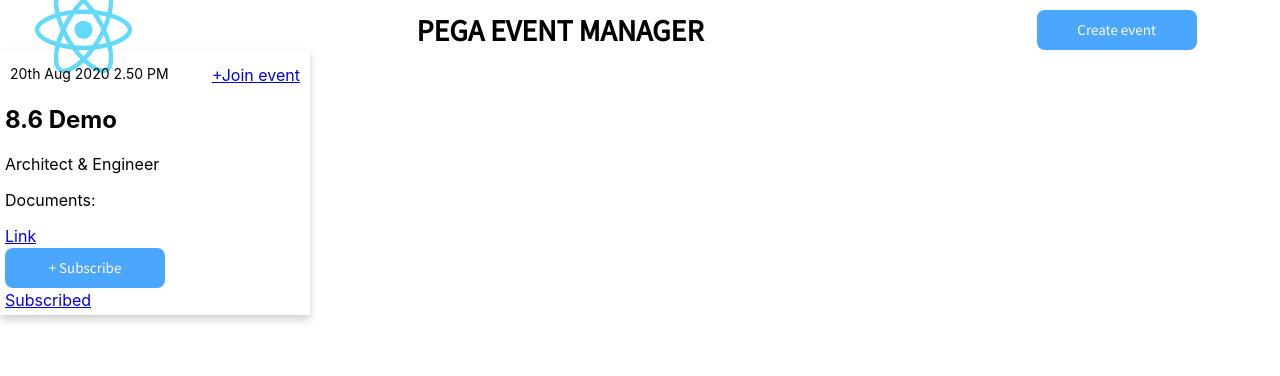
Repository: SasiVeeramachaneni/eventmanager
Page: /
The author's editor kept a copy of each file at every save. The page is drawn from the files as they stood at one save, then again after the next save.
The browser window is 1280 px wide. The pictures show the whole page.
The project was rebuilt for these pictures with package versions that can differ from the ones it lists, and the page was loaded fresh each time.

Above is the page before, as saved 2020-08-19 14:59:56.

### src/index.js
import React from 'react';
import ReactDOM from 'react-dom';
import './index.css';
import App from './App';
import * as serviceWorker from './serviceWorker';
import './fonts/SourceSansPro-Regular.ttf'

ReactDOM.render(
  <React.StrictMode>
    <App />
  </React.StrictMode>,
  document.getElementById('root')
);

// If you want your app to work offline and load faster, you can change
// unregister() to register() below. Note this comes with some pitfalls.
// Learn more about service workers: https://bit.ly/CRA-PWA
serviceWorker.unregister();

### src/App.js
import React from 'react';
import './App.css';
import logo from './logo.svg';
import Card from './Card';


function App() {
  return (
    <div className="App">
      <div className="header">
        <div className="logo"><img src={logo} alt=""/></div>
        <div className="heading">PEGA EVENT MANAGER</div>
        <div className="logo"><button type="button" className="createbutton">Create event</button></div>
      </div>
      <div className="body">
        <Card />

      </div>

    </div>
  );
}

export default App;

### src/App.css
.App {
  height: 100vh;
  width: 100%;
  display: grid;
  grid-template-rows: 50px 1fr;
}

@font-face {
  font-family: 'SourceSansPro';
  src: local('SourceSansPro'), url(./fonts/SourceSansPro-Regular.ttf) format('truetype');
}


.container {
  padding: 2px 16px;
}

.header {
  display: flex;
  align-items: stretch;
  justify-content: space-evenly;
  padding-top: 10px;
}

.logo {
  flex-grow: 1;
  display: flex;
  align-items: center;
  justify-content: center;
}

.heading {
  flex-grow: 3;
  display: flex;
  align-items: center;
  justify-content: center;
  font-size: 30px;
  font-weight: bold;
  font-family: SourceSansPro;

}

.createbutton {
  width: 10rem;
  color: #FFF;
  background: #4BA7FE;
  border-radius: 8px;
  font-size: 15px;
  line-height: 24px;
  height: 2.5rem;
  position: relative;
  align-items: center;
  box-sizing: border-box;
  transition: all 0.4s ease-in-out;
  border: none;
  font-family: SourceSansPro;


}

.body {
}

### src/Card.js
import React from 'react';
import './Card.css';

function Card() {
    return (
    <div className="card">
        <div className="topline">
          <div className="time">20th Aug 2020 2.50 PM</div>
          <a href="url">+Join event</a>
        </div>
        <h2><b>8.6 Demo</b></h2>
        <p>Architect & Engineer</p>
        <div>
            <p>Documents:</p>
            <a href="url">Link</a>
        </div>
        <button className="subscribe">+   Subscribe</button><br />
        <a href="url">Subscribed</a>
    </div>
    );
}

export default Card;

### src/Card.css
.card {
    box-shadow: 0 4px 8px 0 rgba(0,0,0,0.2);
    transition: 0.3s;
    width: 300px;
    padding: 5px;
    align-items: center;
    justify-content: center;
    display: inline-flexbox;

  }

  .card:hover {
    box-shadow: 0 8px 16px 0 rgba(0,0,0,0.2);
  }

  .topline {
    display: flex;
    align-items: stretch;
    justify-content: space-evenly;
    padding-top: 10px;
    padding-left:5px;
    padding-right: 5px;
  }

  .time {
      display: flex;
      flex-grow: 1;
      font-size: 14px;
  }

  .subscribe {
    width: 10rem;
    color: #FFF;
    background: #4BA7FE;
    border-radius: 8px;
    font-size: 15px;
    line-height: 24px;
    height: 2.5rem;
    position: relative;
    align-items: center;
    box-sizing: border-box;
    transition: all 0.4s ease-in-out;
    border: none;
    font-family: SourceSansPro;
    margin-top: 2px;
    margin-bottom: 2px;

  }

Loaded but not shown: public/index.html (common file); src/index.css (common file); src/serviceWorker.js (common file)

After the next save:
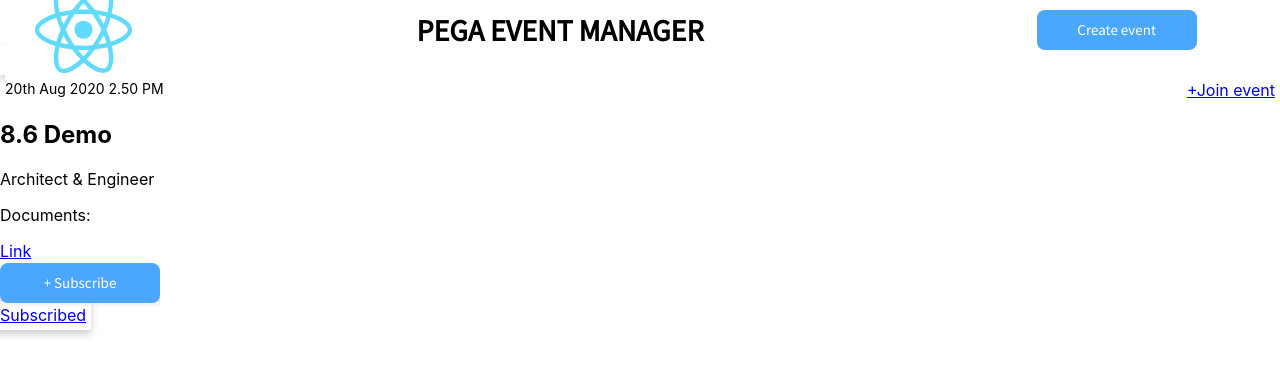
Saved 42 s later.
--- a/src/Card.css
+++ b/src/Card.css
@@ -5,8 +5,7 @@
     padding: 5px;
     align-items: center;
     justify-content: center;
-    display: inline-flexbox;
-
+    display: inline;
   }
 
   .card:hover {

After the save that followed:
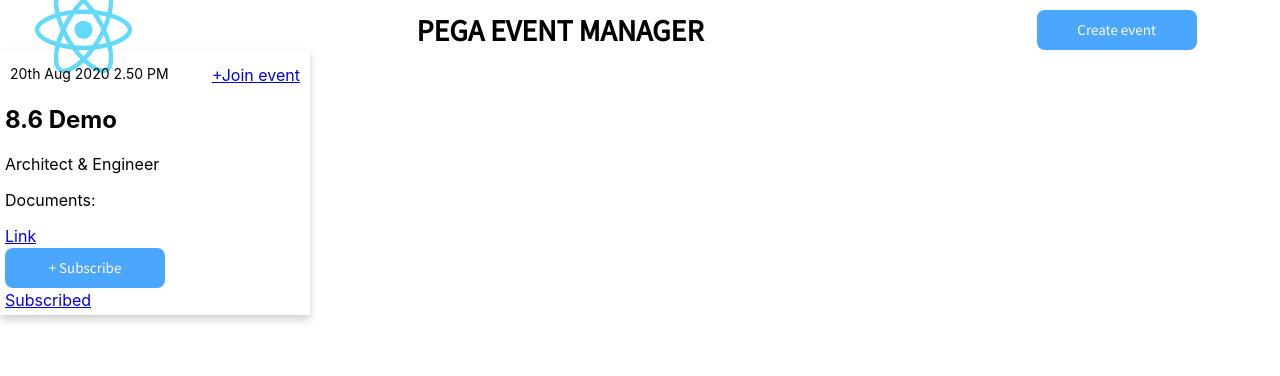
Saved 6 s later.
--- a/src/Card.css
+++ b/src/Card.css
@@ -5,7 +5,6 @@
     padding: 5px;
     align-items: center;
     justify-content: center;
-    display: inline;
   }
 
   .card:hover {
